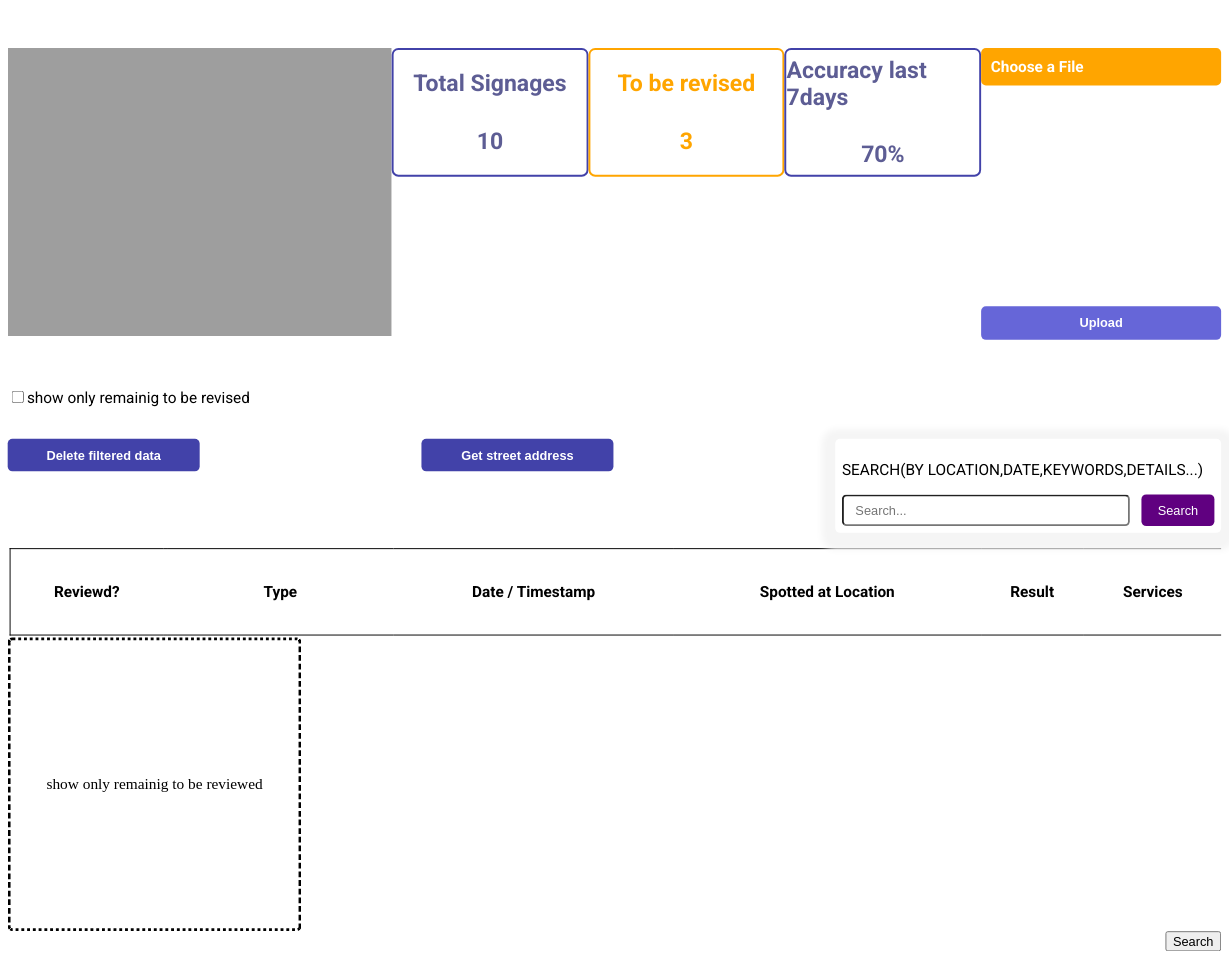
Repository: kalyani179/Kalyani.Builder
Page: /
An editor plug-in stored every save of this project. The page is shown before and after a run of saves, followed by the edit.
The browser window is 1280 px wide. The pictures show the whole page, at 96% of full size.
Pictures or frames that could not be fetched are drawn as grey boxes. The page's requests for data from a server got no answer. Some web fonts or font styles are not loaded; a fallback is used. The project was rebuilt for these pictures with package versions that can differ from the ones it lists, and the page was loaded fresh each time. No one was signed in, and anything a server would have sent is missing.

Above is the page before, as saved 2024-01-10 13:49:11.

### src/App.js

import {BrowserRouter,Routes,Route} from "react-router-dom";
import Home from "./components/Home";

function App() {
  return (
    <div>
      <BrowserRouter>
        <Routes>
          <Route path="/" element={<Home/>} />

        </Routes>
      </BrowserRouter>
    </div>
  );
}

export default App;

### src/components/Home.js
import React, { useState, useEffect } from "react";
import "./Home.css";
import {useNavigate} from "react-router-dom";
import { ColorRing } from "react-loader-spinner";
import toast, { Toaster } from "react-hot-toast";
import axios from "axios";
import { AiFillDelete } from "react-icons/ai";
// import { FaEdit } from "react-icons/fa";
const Home = () => {


  const navigate = useNavigate();
  const [results, setResults] = useState([]);

  const [editData, setEditData] = useState(false);
  const [selectedData, setSelectedData] = useState("");

  const [Result, setResult] = useState("");
  const [Services, setServices] = useState("");
  const [Type, setType] = useState("");
  const [imageUrl, setImageUrl] = useState("");


  const [image, setImage] = useState(null);
  // const [video, setVideo] = useState(null);
  const [loading, setLoading] = useState(false);

  const uploadFile = async (type) => {
    const data = new FormData();
    data.append("file", image);
    data.append("upload_preset", type === "image" ? "images" : "videos");
    try {
      let cloudName = "dscmtg4tx";
      let resourceType = type === "image" ? "image" : "video";
      let api = `https://api.cloudinary.com/v1_1/${cloudName}/${resourceType}/upload`;

      const res = await axios.post(api, data);
      // console.log(res);
      const { secure_url } = res.data;
      // console.log(secure_url);
      return secure_url;
    } catch (error) {
      console.error(error);
    }
  };

  const handleSubmit = async (e) => {
    e.preventDefault();
    try {
      setLoading(true);
      //upload image
      const imageUrl = await uploadFile("image");

      //upload video
      // const videoUrl = await uploadFile("video");

      //sending backend api request
      await axios.post("http://localhost:5000/api/videos", { imageUrl });

      //reset states
      setImage(null);
      // setVideo(null);

      console.log("File uploaded successfully");

      setLoading(false);
      toast.success("uploaded successfully");
      navigate("/");
    } catch (error) {
      console.log(error);
    }
  };


  useEffect(() => {
    // Fetching data from the server
    axios
      .get("http://localhost:5000/api/videos")
      .then((response) => {
        setResults(response.data);
      })
      .catch((error) => {
        console.error("Error fetching data: ", error);
      });
  }, [results]);

  const formatDate = (timestamp) => {
    const options = {
      month: "long",
      day: "numeric",
      year: "numeric",
      hour: "numeric",
      minute: "numeric",
      hour12: true,
    };

    return new Date(timestamp).toLocaleDateString(undefined, options);
  };

  const deleteData = async (id) => {
    const response = await fetch(`http://localhost:5000/api/videos/${id}`, {
      method: "DELETE",
    });
    if (response.status === 200) {
      toast.success("Deleted Successfully");
    } else {
      toast.error("Something went wrong");
    }
  };

  const updateData = async (id) => {
    const response = await fetch(`http://localhost:5000/api/videos/${id}`, {
      method: "PUT",
      headers: {
        "Content-Type": "application/json",
      },
      body: JSON.stringify({ imageUrl, Services, Type, Result }),
    });

    if (response.status === 200) {
      toast.success("Data updated Successfully");
    } else {
      toast.error("Something went wrong");
    }
  };

  return (
    <>
      {/* toaster */}
      <Toaster position="top-center" reverseOrder={false} />
      {/* toaster */}

      <div className="input-file">
        <div>
          <img src="https://i.ibb.co/tmwqkpj/logo.png" alt="website-logo"/>
        </div>
        <div className="card1">
          <h1>Total Signages</h1>
          <h1>10</h1>
        </div>

        <div className="card2">
          <h1>To be revised</h1>
          <h1>3</h1>
        </div>

        <div className="card3">
          <h1>Accuracy last 7days</h1>
          <h1>70%</h1>
        </div>


        <form className="form" onSubmit={handleSubmit}>

         <div>
          <input
            type="file"
            id="fileInput"
            accept="image/*"
            onChange={(e) => setImage((prev) => e.target.files[0])}
          />
          <label for="fileInput" class="custom-file-label">
            Choose a File
          </label>
          </div>


          <div>
          <button className="upload-button" type="submit">
            Upload
          </button>
          </div>
          {loading && (
            <ColorRing
              visible={true}
              height="30"
              width="30"
              ariaLabel="color-ring-loading"
              wrapperStyle={{}}
              wrapperClass="color-ring-wrapper"
              colors={["#e15b64", "#f47e60", "#f8b26a", "#abbd81", "#849b87"]}
            />
          )}




        </form>



      </div>


    <div className="bg2">
     <div>
      <input id="checkbox" type="checkbox"/>
      <label htmlFor="checkbox">show only remainig to be revised</label>
     </div>

     <div className="flexDelete">
      <div>
        <button className="delete">Delete filtered data</button>
      </div>
      <div>
        <button className="getStarted">Get street address</button>
      </div>


      <div className="cardBg-white">
        <p>SEARCH(BY LOCATION,DATE,KEYWORDS,DETAILS...)</p>
      <div>
        <input className="searchBar" type="search" placeholder="Search..." id="search"/>
        <label htmlfor="search">
          <button className="search" type="button">Search</button>
        </label>
      </div>
      </div>
     </div>
     </div>





      <div className="table-data-container">
        <table className="tablestyle">
          <thead>
            <tr>
              <th>Reviewd?</th>
              <th></th>
              <th className="th1">Type</th>
              <th>Date / Timestamp</th>
              <th>Spotted at Location</th>
              <th>Result</th>
              <th>Services</th>
            </tr>
          </thead>
          <tbody>
            {results.map((result) => (
              <tr key={result.id}>
                <td>
                  <AiFillDelete
                    className="delete text-secondary"
                    style={{ cursor: "pointer", marginLeft: "8px" }}
                    onClick={() => deleteData(result._id)}
                  ></AiFillDelete>

                  {/* <FaEdit
                    onClick={() => {
                      setEditData((prevEditData)=> !prevEditData);
                      setSelectedData(result._id);
                    }}
                    className={`${
                      selectedData === result._id && editData
                        ? "text-red-400"
                        : "text-gray-400"
                    }
                  text-gray-400 hover:text-red-400 cursor-pointer
                  scale-110 transition-all`}
                    style={{ cursor: "pointer" }}
                  ></FaEdit> */}
                </td>

                <td>
                  <img
                    className="table-data-image"
                    src={result.imageUrl} // Assuming your API response has an imageUrl property
                    alt=""
                    contentEditable={editData}
                    onInput={(e) => setImageUrl(e.currentTarget.innerText)}
                  />
                </td>
                <td
                  contentEditable={editData}
                  onInput={(e) => setType(e.currentTarget.innerText)}
                >
                  {result.Type}
                </td>
                <td>{formatDate(result.createdAt)}</td>
                <td></td>
                <td
                  contentEditable={editData}
                  onInput={(e) => setServices(e.currentTarget.innerText)}
                >
                  {result.Result}
                </td>
                <td
                  contentEditable={editData}
                  onInput={(e) => setResult(e.currentTarget.innerText)}
                >
                  {result.Services}
                </td>

                {/* <button
                  className={`${
                    selectedData === result._id && editData ? "block" : "hidden"
                  }
                     bg-purple-400 hover:bg-purple-600
                     px-3 py-1 my-1 rounded-md font-bold text-white`}
                   onClick={() => {
                    updateData(result._id);
                    setEditData(false);

                   }}
                >
                  Save
                </button> */}
              </tr>
            ))}
          </tbody>
        </table>


        <div className="bottom-box">
          <div>
            <inpt type="checkbox"/>
            <p>show only remainig to be reviewed</p>
          </div>

        </div>

        <div className="bottom-search">
          <div>
          <button type="button">Search</button>
          </div>
        </div>
      </div>
    </>
  );
};

export default Home;

### src/components/Home.css
@import url("https://fonts.googleapis.com/css2?family=Bree+Serif&family=Caveat:wght@400;700&family=Lobster&family=Monoton&family=Open+Sans:ital,wght@0,400;0,700;1,400;1,700&family=Playfair+Display+SC:ital,wght@0,400;0,700;1,700&family=Playfair+Display:ital,wght@0,400;0,700;1,700&family=Roboto:ital,wght@0,400;0,700;1,400;1,700&family=Source+Sans+Pro:ital,wght@0,400;0,700;1,700&family=Work+Sans:ital,wght@0,400;0,700;1,700&display=swap");

.tablestyle {
  padding: 0px;
  text-align: center;
  border-color: black;
  margin: 2px;
  font-family: "Roboto";
}

table {
  border-collapse: collapse;
  width: 100%;
}

tr {
  border: 1px solid #000;
  padding: 5px;
}

td {
  padding: 15px;
  margin: 5px;
}

.button {
  background-color: orange;
  margin-bottom: 6px;
  border: 0px;
  border-radius: 10px;
  color: white;
}

.button-edit {
  background-color: #600080;
  border: 0px;
  border-radius: 15px;
  color: white;
}

.button-yes {
  background-color: green;
  border: 0px;
  border-radius: 15px;
  color: white;
  margin-bottom: 6px;
}

.th1 {
  padding: 35px;
}

.table-data-image {
  width: 150px;
}

.tablestyle td {
  overflow: auto;
}

.table-data-container {
  max-width: 100%;
  overflow: hidden;
}

.input-file {
  display: flex;
  justify-content: space-between;

  margin-bottom: 50px;
  margin-top: 50px;
  font-family: Roboto;
}

input[type="file"] {
  display: none;
}

/* Style the custom button to resemble a file input */
.custom-file-input {
  display: inline-block;
  padding: 10px 15px;
  font-size: 16px;
  font-weight: bold;
  color: #fff;
  background-color: #3498db;
  border: 1px solid #2980b9;
  border-radius: 5px;
  cursor: pointer;
}

/* Style the label to give it a button appearance */
.custom-file-label {
  display: inline-block;
  padding:10px;
  font-size: 16px;
  font-weight: bold;
  color: #fff;
  background-color:orange;
  width:230px;
  border-radius: 5px;
  cursor: pointer;
}

/* Change label color when the file is selected */
input[type="file"]:focus + .custom-file-label {
  border-color: #2c3e50;
}

.upload-button{

    border: none;
    background-color:rgb(102, 102, 216);
    color: white;
    font-weight: bold;
    padding: 10px;
    cursor: pointer;
    width:250px;
    border-radius:5px;
}

/* start your css from here */

.form{
  display:flex;
  flex-direction: column;
  justify-content: space-between;
}

.card1{
  border:2px solid rgb(66, 66, 169);
  display: flex;
  flex-direction: column;
  justify-content: center;
  align-items: center;
  width:240px;
  height:130px;
  border-radius:7px;
  font-size:12px;
  color:rgb(93, 93, 148);
}
.card2{
  border:2px solid orange;
  display: flex;
  flex-direction: column;
  justify-content: center;
  align-items: center;
  width:240px;
  height:130px;
  border-radius:7px;
  font-size:12px;
  color:orange;
}
.card3{
  border:2px solid rgb(66, 66, 169);
  display: flex;
  flex-direction: column;
  justify-content: center;
  align-items: center;
  width:240px;
  height:130px;
  border-radius:7px;
  font-size:12px;
  color:rgb(93, 93, 148);
}

.file-input{
  width:300px;
}

.flexDelete{
  display: flex;
  justify-content: space-between;
  margin-top: 33px;

}

.delete{
  background-color:rgb(66, 66, 169);
  color:white;
  font-weight: 600;
  width:200px;
  height:34px;
  border-radius:5px;
  border:0px;
}
.getStarted{
  background-color:rgb(66, 66, 169);
  color:white;
  font-weight: 600;
  width:200px;
  height:34px;
  border-radius:5px;
  border:0px;

}

.search{
  background-color:#600080;
  width:76px;
  height:33px;
  color:#ffffff;
  text-align:center;
  border-radius:5px;
  border:0px;
}
.searchBar{
  width:300px;
  height:33px;
  padding-left:12px;
  margin-right: 12px;
  border-radius:5px;

}
.bg2{
  font-family: Roboto;
  margin-top:12px;
  margin-bottom: 14px;
}

.cardBg-white{
  box-shadow: 0px 4px 8px 14px whitesmoke;
  border-radius:5px;
  padding:7px;
}

.bottom-box{
  border-style: dotted dashed;

  border-radius:5px;
  display: flex;
  flex-direction: column;
  justify-content: center;
  align-items:center;
  width: 300px;
  height: 300px;
}

.bottom-search{
  display: flex;
  flex-direction: row;
  justify-content:flex-end;
}

Loaded but not shown: public/index.html (common file); src/index.js (common file)

After the next 2 saves:
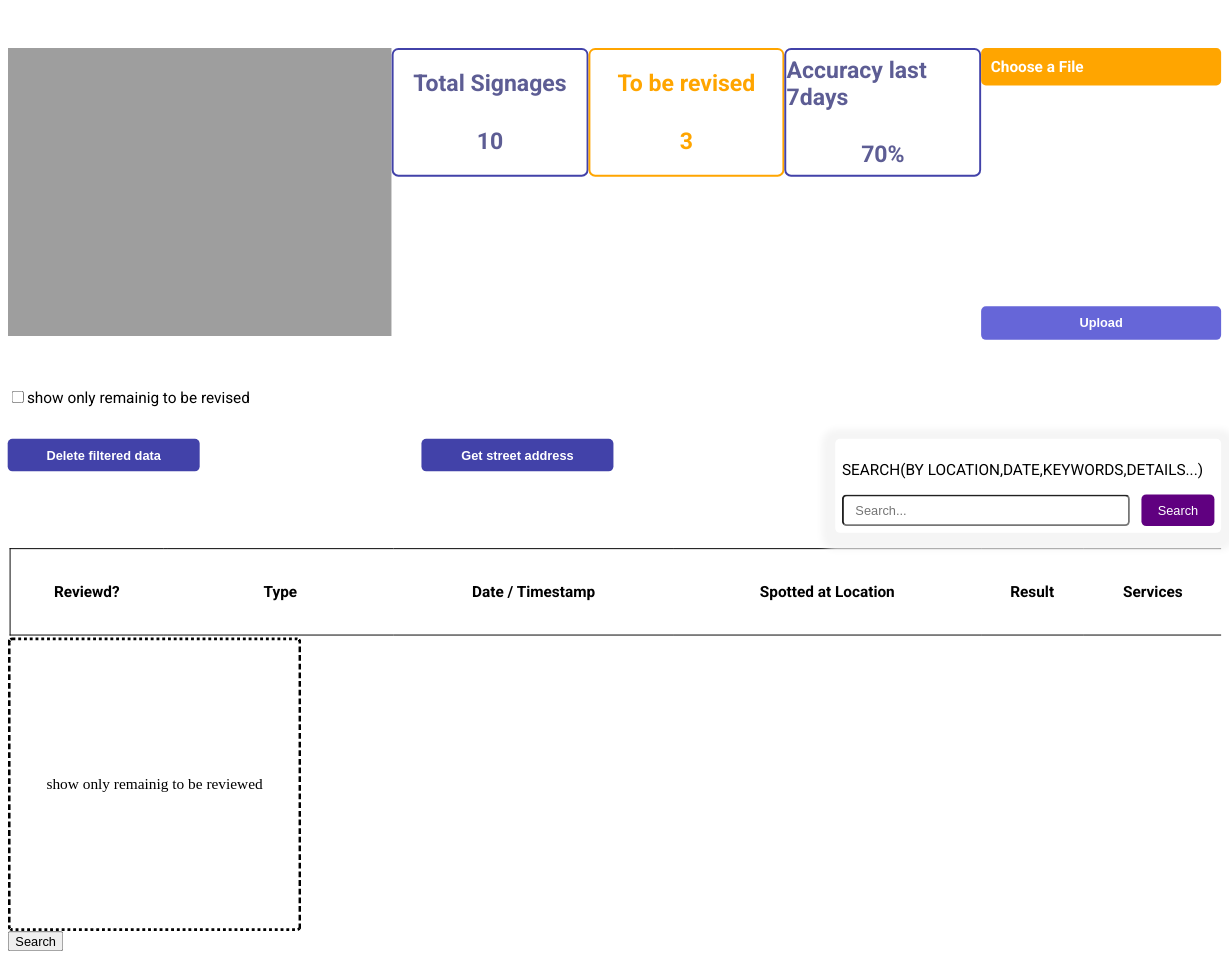
The 2 saves are shown as one change because 1 did not build or start.
The last was saved 89 s later.
--- a/src/components/Home.js
+++ b/src/components/Home.js
@@ -320,11 +320,11 @@ const Home = () => {
 
         </div>
 
-        <div className="bottom-search">
+
           <div>
           <button type="button">Search</button>
           </div>
-        </div>
+
       </div>
     </>
   );
